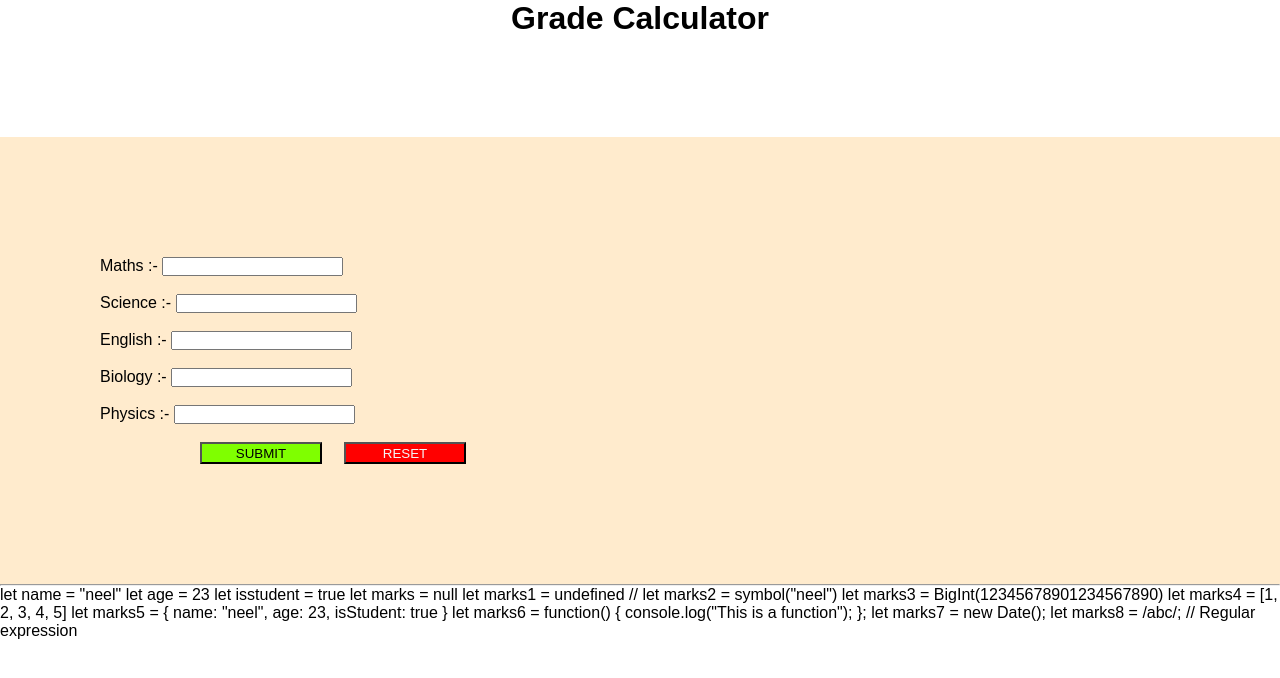
Repository: neelpatel6262/task-manager
Page: index.html
The author's editor kept a copy of each file at every save. The page is drawn from the files as they stood at one save, then again after the next save.
The browser window is 1280 px wide. The pictures show the whole page.
Some web fonts or font styles are not loaded; a fallback is used.

Above is the page before, as saved 2025-07-21 11:37:34.

### index.html
<!DOCTYPE html>
<html lang="en">

<head>
  <meta charset="UTF-8">
  <meta name="viewport" content="width=device-width, initial-scale=1.0">
  <title>Javascript</title>
  <link rel="stylesheet" href="style.css">
  <script src="script.js"></script>
  <link rel="stylesheet" href="https://unicons.iconscout.com/release/v4.0.8/css/line.css">
  <link rel="preconnect" href="https://fonts.googleapis.com">
  <link rel="preconnect" href="https://fonts.gstatic.com" crossorigin>
  <link
    href="https://fonts.googleapis.com/css2?family=Asap:ital,wght@0,100..900;1,100..900&family=BioRhyme:wght@200..800&family=Bricolage+Grotesque:opsz,wght@12..96,200..800&family=DM+Sans:ital,opsz,wght@0,9..40,100..1000;1,9..40,100..1000&family=Inter:ital,opsz,wght@0,14..32,100..900;1,14..32,100..900&family=Italiana&family=Lora:ital,wght@0,400..700;1,400..700&family=Merriweather:ital,wght@0,300;0,400;0,700;0,900;1,300;1,400;1,700;1,900&family=Montserrat:ital,wght@0,100..900;1,100..900&family=Noto+Sans+Indic+Siyaq+Numbers&family=Noto+Sans+Old+Italic&family=Nunito:ital,wght@0,200..1000;1,200..1000&family=Pathway+Extreme:ital,opsz,wght@0,8..144,100..900;1,8..144,100..900&family=Poppins:ital,wght@0,100;0,200;0,300;0,400;0,500;0,600;0,700;0,800;0,900;1,100;1,200;1,300;1,400;1,500;1,600;1,700;1,800;1,900&family=Raleway:ital,wght@0,100..900;1,100..900&family=Space+Grotesk:wght@300..700&family=Spectral:ital,wght@0,200;0,300;0,400;0,500;0,600;0,700;0,800;1,200;1,300;1,400;1,500;1,600;1,700;1,800&family=Unbounded:wght@200..900&family=Work+Sans:ital,wght@0,100..900;1,100..900&family=Zilla+Slab:ital,wght@0,300;0,400;0,500;0,600;0,700;1,300;1,400;1,500;1,600;1,700&display=swap"
    rel="stylesheet">

</head>

<body>

  <h1>Grade Calculator</h1>

  <form action="" method="get">
    <div class="form">
      <label for="">Maths :-</label>
      <input type="number" name="" id="" maxlength="100" required>
      <br>
      <br>
      <label for="">Science :-</label>
      <input type="number" name="" id="" maxlength="100" required>
      <br>
      <br>
      <label for="">English :-</label>
      <input type="number" name="" id="" maxlength="100" required>
      <br>
      <br>
      <label for="">Biology :-</label>
      <input type="number" name="" id="" maxlength="100" required>
      <br>
      <br>
      <label for="">Physics :-</label>
      <input type="number" name="" id="" maxlength="100" required>
      <br>
      <br>

      <div class="cta">
        <button type="submit" class="primary">SUBMIT</button>
        <button type="reset" class="secondary">RESET</button>
      </div>

    </div>
  </form>

  <hr>

let name = "neel"
let age = 23
let isstudent = true
let marks = null
let marks1 = undefined
// let marks2 = symbol("neel")
let marks3 = BigInt(12345678901234567890)
let marks4 = [1, 2, 3, 4, 5]
let marks5 = { name: "neel", age: 23, isStudent: true }
let marks6 = function() {
  console.log("This is a function");
};
let marks7 = new Date();
let marks8 = /abc/; // Regular expression

</body>

</html>

### style.css
*{
  margin: 0;
  padding: 0;
  box-sizing: border-box;
 /* font-family: "DM Mono", monospace; */
  font-family: "Bebas Neue", sans-serif;
 /* background-color:oklch(0.869 0.022 252.894); */
}

h1{
  align-items: center;
  text-align: center;
  margin-bottom: 100px;
}

.form{
  background-color: blanchedalmond;
  padding: 120px 100px;
}

.cta{
   background-color: blanchedalmond;
   display: flex;
   align-items: center;
}

.primary{
  background-color: chartreuse;
  width: 122px;
  height: 22px;
  margin-left: 100px;
margin-right: 22px;
}

.secondary{
  background-color: red;
    width: 122px;
  height: 22px;
  color: whitesmoke;

}

### script.js
// // // Wait for the DOM to load
// // window.addEventListener('DOMContentLoaded', function() {
// //   const form = document.querySelector('form');
// //   const inputs = form.querySelectorAll('input[type="number"]');

// //   // Create a result display element
// //   const resultDiv = document.createElement('div');
// //   resultDiv.className = 'result';
// //   form.appendChild(resultDiv);

// //   form.addEventListener('submit', function(event) {
// //     event.preventDefault(); // Prevent page reload

// //     let total = 0;
// //     let count = 0;
// //     let values = [];
// //     inputs.forEach(input => {
// //       const value = parseFloat(input.value);
// //       if (!isNaN(value)) {
// //         total += value;
// //         count++;
// //         values.push(value);
// //       }
// //     });

// //     if (count === 0) {
// //       resultDiv.textContent = 'Please enter at least one grade.';
// //       return;
// //     }

// //     const average = total / count;
// //     let grade = '';
// //     if (average >= 90) grade = 'A';
// //     else if (average >= 80) grade = 'B';
// //     else if (average >= 70) grade = 'C';
// //     else if (average >= 60) grade = 'D';
// //     else grade = 'F';

// //     resultDiv.innerHTML =
// //       `<strong>Total:</strong> ${total}<br>` +
// //       `<strong>Average:</strong> ${average.toFixed(2)}<br>` +
// //       `<strong>Grade:</strong> ${grade}`;
// //   });

// //   form.addEventListener('reset', function() {
// //     resultDiv.textContent = '';
// //   });
// // });


// let marks = 90


// if (marks == 88 ){
//   console.log("grad A")
// }else{
//   console.log("grad B")
// }if (marks == 88) {
//   console.log("gard D")
// } else {
//   console.log("gard C")
// }



// function navlinks() {
//   console.log("home")
//   console.log("about")
//   console.log("blogs")
//   console.log("contact")
// }

// navlinks()
// navlinks()
// navlinks()


// function test (){
//   let a = 10
//   let b = 20
//   let sum = a + b

//   return sum
// }


// // let sum = test()
// console.log((test()))


//  function username (){
//   let name = "neel"
//   let age = "patel"
//   let concatination = "neel"+"patel"

//   return concatination
//  }


//  console.log(username())



//  function sum(a,b){
//   return a*a + b*b
//  }

//  let res = sum(20+30)

//  console.log(res);


//  sum(20)




//  function all(){
//   console.log("live in present")
//   console.log("live in present")
//   console.log("live in present")
//  }


//  console.log(all())



// data types in js

let name = "neel"
let age = 23
let isstudent = true
let marks = null
let marks1 = undefined
// let marks2 = symbol("neel")
let marks3 = BigInt(12345678901234567890)
let marks4 = [1, 2, 3, 4, 5]
let marks5 = { name: "neel", age: 23, isStudent: true }
let marks6 = function() {
  console.log("This is a function");
};
let marks7 = new Date();
let marks8 = /abc/; // Regular expression

After the next save:
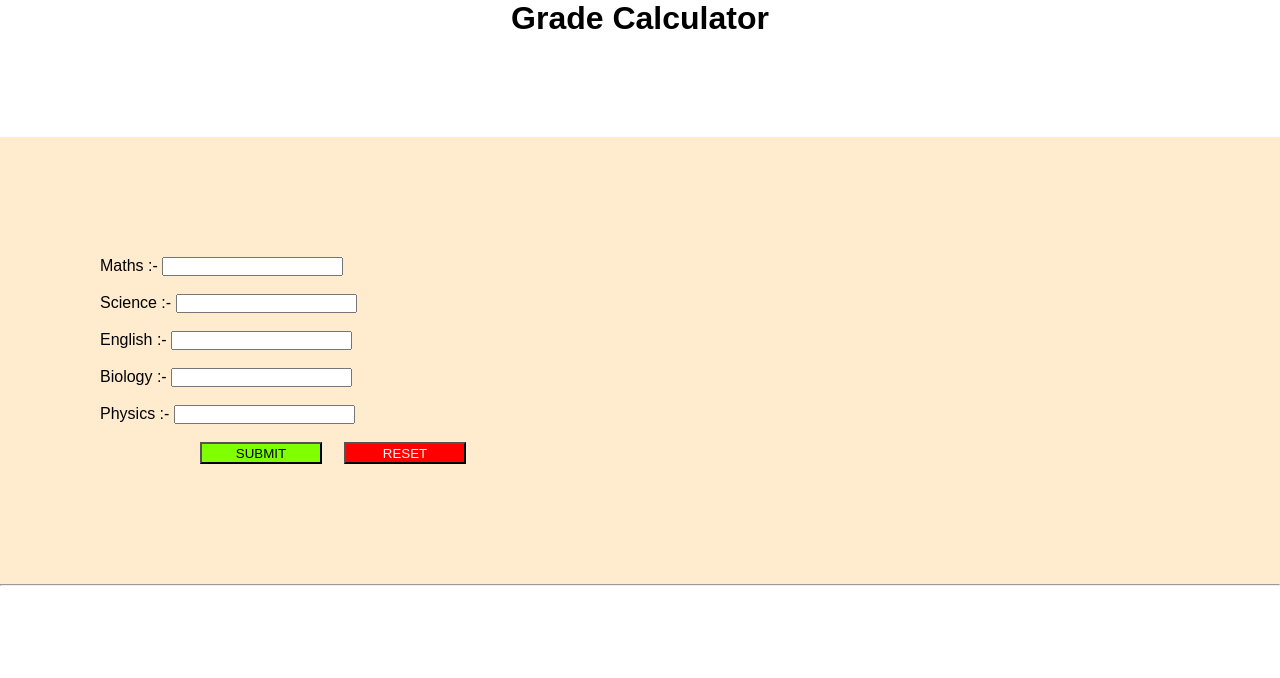
Saved 31 min 9 s later.
--- a/index.html
+++ b/index.html
@@ -53,20 +53,7 @@
 
   <hr>
 
-let name = "neel"
-let age = 23
-let isstudent = true
-let marks = null
-let marks1 = undefined
-// let marks2 = symbol("neel")
-let marks3 = BigInt(12345678901234567890)
-let marks4 = [1, 2, 3, 4, 5]
-let marks5 = { name: "neel", age: 23, isStudent: true }
-let marks6 = function() {
-  console.log("This is a function");
-};
-let marks7 = new Date();
-let marks8 = /abc/; // Regular expression
+
 
 </body>
 
